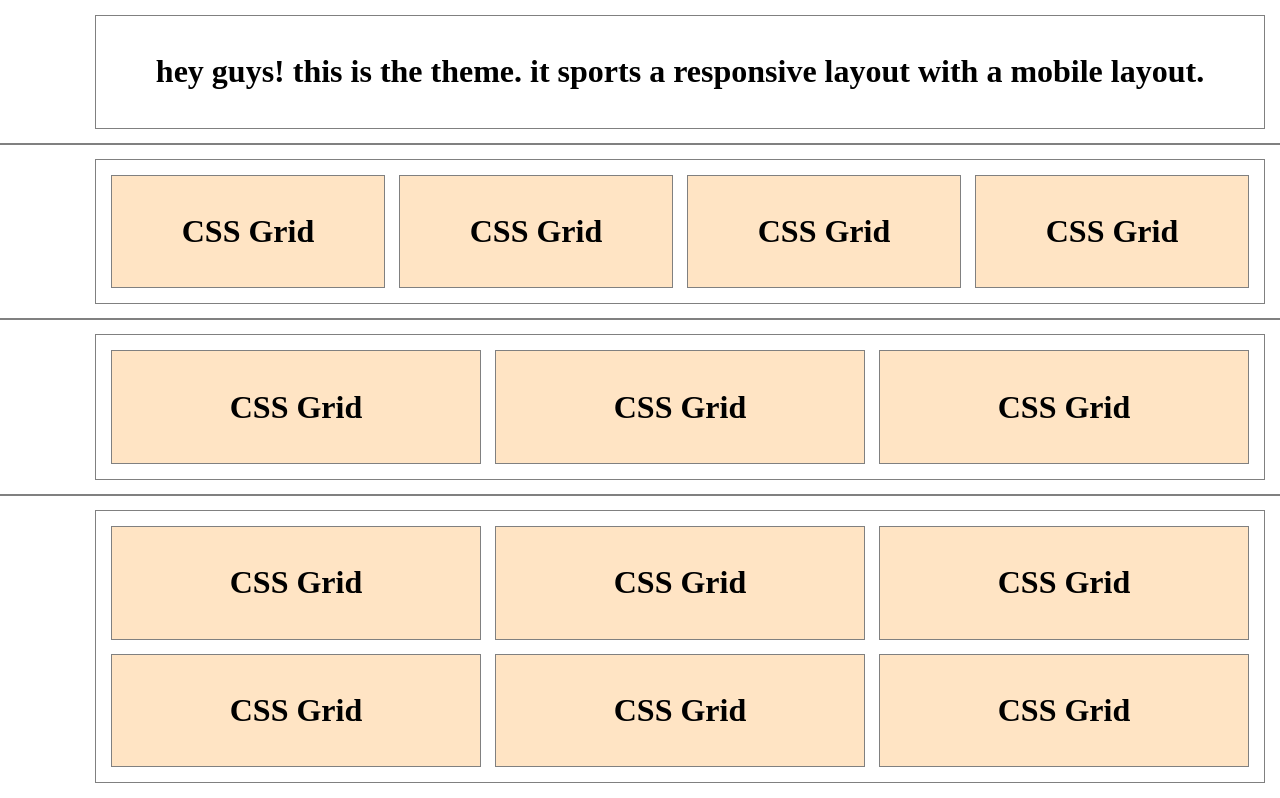
Repository: jjennbui/MDIA2003G-Assignment03B
Page: index.html
An editor plug-in stored every save of this project. The page is shown before and after the next save, followed by the edit.
The browser window is 1280 px wide. The pictures show the whole page.

Above is the page before, as saved 2023-01-24 20:22:54.

### index.html
<!doctype html>
<html class="no-js" lang="">

<head>
  <meta charset="utf-8">
  <title></title>
  <meta name="description" content="">
  <meta name="viewport" content="width=device-width, initial-scale=1">

  <meta property="og:title" content="">
  <meta property="og:type" content="">
  <meta property="og:url" content="">
  <meta property="og:image" content="">

  <link rel="manifest" href="site.webmanifest">
  <link rel="apple-touch-icon" href="icon.png">
  <!-- Place favicon.ico in the root directory -->

  <link rel="stylesheet" href="css/normalize.css">
  <link rel="stylesheet" href="css/main.css">

  <meta name="theme-color" content="#fafafa">
</head>

<body>

  <div class="SECTION-ONE">
    <div class="row">
     <h1>hey guys! this is the theme. it sports a responsive layout with a mobile layout.</h1>
    </div>
  </div>

  <div class="SECTION-TWO">
    <div class="row m-row-2">
      <div class="col">
        <h1>CSS Grid</h1>
      </div>
      <div class="col">
        <h1>CSS Grid</h1>
      </div>
      <div class="col">
        <h1>CSS Grid</h1>
      </div>
      <div class="col">
        <h1>CSS Grid</h1>
      </div>
    </div>
  </div>

<div class="SECTION-THREE">
  <div class="row m-row-3">
    <div class="col m-row-span">
      <h1>CSS Grid</h1>
    </div>
    <div class="col">
      <h1>CSS Grid</h1>
    </div>
    <div class="col">
      <h1>CSS Grid</h1>
    </div>
    <div class="column">
      <h1>CSS Grid</h1>
    </div>
  </div>
</div>

<div class="SECTION-FOUR">
  <div class="row m-row-4">
    <div class="col m-row-span">
      <h1>CSS Grid</h1>
    </div>
    <div class="col">
      <h1>CSS Grid</h1>
    </div>
    <div class="col">
      <h1>CSS Grid</h1>
    </div>
    <div class="col">
      <h1>CSS Grid</h1>
    </div>
    <div class="col">
      <h1>CSS Grid</h1>
    </div>
    <div class="col">
      <h1>CSS Grid</h1>
    </div>
  </div>
</div>

</body>

</html>

### css/main.css



.SECTION-ONE{
  align-content: center;
}










*,
*:before,
*:after {
  box-sizing: border-box;
}

img{
  width: 100%;
}




div,
main,
section,
footer,
main,
header {
  outline: 1px solid grey;
  min-height: 1rem;
  padding: 1rem;


}

.row{
  display: grid;
  row-gap: 1rem;

}

.col{
  position: relative;
  background-color: bisque;
}

.column{
  background-color: bisque;
}

.row{
  margin-left: 5rem;

  column-gap: 1rem;
  row-gap: 1rem;
  text-align: center;
}

/* Small only */
@media screen and (max-width: 39.9375em) {}

/* Medium and up */
@media screen and (min-width: 40em) {

  .m-row-2{
    grid-template-columns: 1fr 1fr;
  }

  .m-row-3{
    grid-template-columns: repeat(2, 1fr);
  }

  .m-row-4{
    grid-template-columns: repeat(2, 1fr);
  }

}


/* Medium only */
@media screen and (min-width: 40em) and (max-width: 63.9375em) {}

/* Large and up */
@media screen and (min-width: 64em) {
  .m-row-2{
    grid-template-columns: repeat(4, 1fr);
  }

  .m-row-3{
    grid-template-columns: 1fr 1fr 1fr;
  }

  .m-row-4{
    grid-template-columns: repeat(3, 1fr);
  }

  .column{
    display: none;



}

/* Large only */
@media screen and (min-width: 64em) and (max-width: 74.9375em) {

}

Loaded but not shown: css/normalize.css (library)

After the next save:
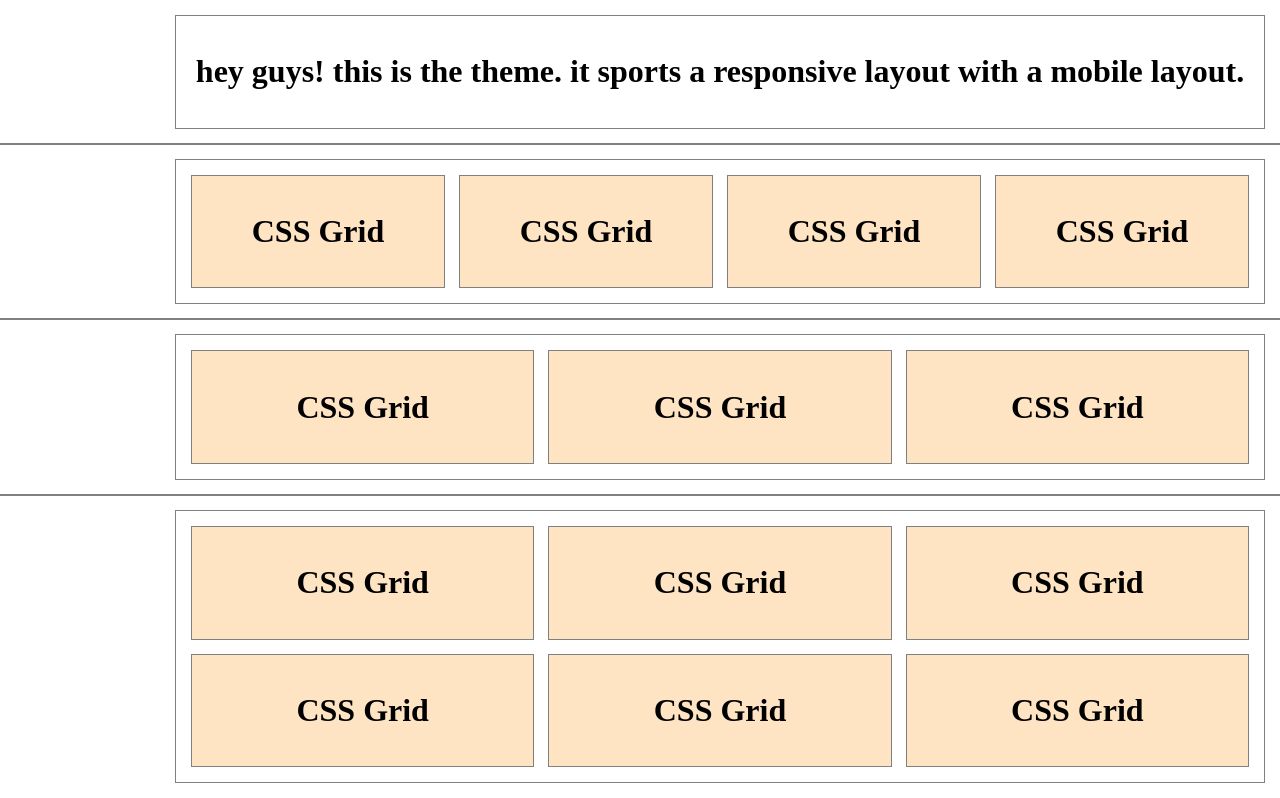
Saved 8 s later.
--- a/css/main.css
+++ b/css/main.css
@@ -56,7 +56,7 @@ header {
 }
 
 .row{
-  margin-left: 5rem;
+  margin-left: 10rem;
 
   column-gap: 1rem;
   row-gap: 1rem;
